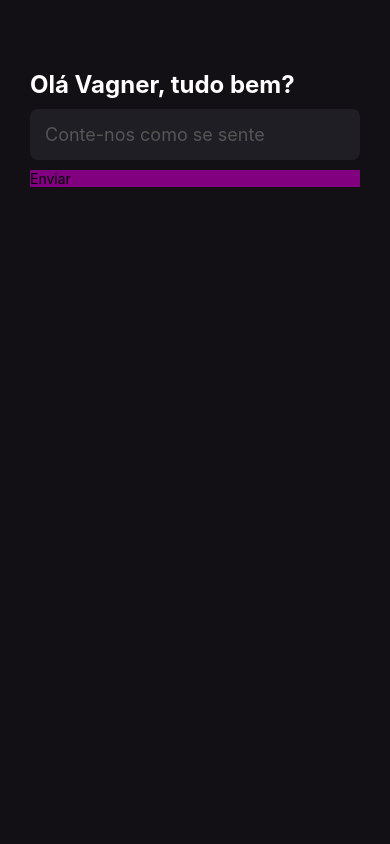
Repository: vagnereix/01-myskills-trilha-react-native
Screen: /
These files come from the project's save history. The screen is drawn as it stood at one moment and after the next save; the edit follows.
The app was drawn by React Native's web renderer in a window 390 px wide. The project was rebuilt for these pictures with package versions that can differ from the ones it lists, and the page was loaded fresh each time.

Above is the screen before, as saved 2021-06-17 17:28:31.

### App.tsx
import React from 'react';

import { Home } from './pages/home';

export default function App() {
  return (
    <Home />
  );
};

### pages/home.tsx
import React from 'react';
import {
    View,
    Text,
    StyleSheet,
    TextInput,
    Platform,
    TouchableOpacity
} from 'react-native';

export function Home() {
    return (
      <View style={styles.container}>
        <Text style={styles.title}>Olá Vagner, tudo bem?</Text>

        <TextInput
            style={styles.input}
            placeholder="Conte-nos como se sente"
            placeholderTextColor="#555"
        />

        <TouchableOpacity style={styles.touch}>
            <Text>Enviar</Text>
        </TouchableOpacity>
      </View>
    );
}

const styles = StyleSheet.create({
  container: {
    flex: 1,
    paddingHorizontal: 30,
    paddingVertical: 70,
    backgroundColor: '#121015',
  },
  title: {
    color: '#fff',
    fontWeight: 'bold',
    fontSize: 24,
    marginBottom: 10,
  },
  input: {
    borderRadius: 8,
    backgroundColor: '#1f1e25',
    fontSize: 18,
    padding: Platform.OS == 'android' ? 10 : 15,
  },
  touch: {
    backgroundColor: 'purple',
    marginTop: 10,

  }
});

After the next save:
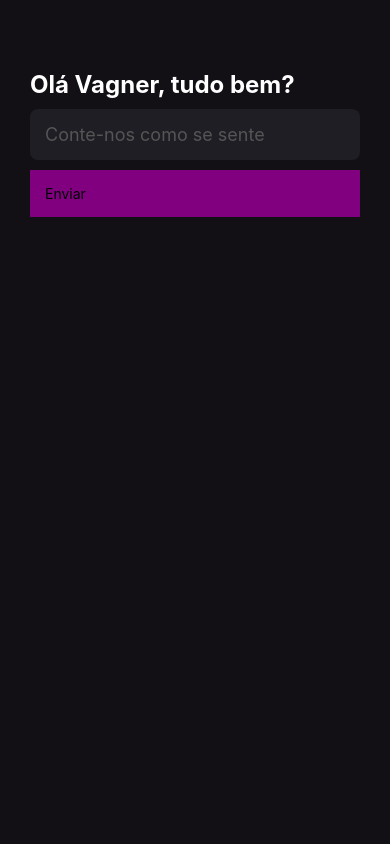
Saved 10 s later.
--- a/pages/home.tsx
+++ b/pages/home.tsx
@@ -48,6 +48,6 @@ const styles = StyleSheet.create({
   touch: {
     backgroundColor: 'purple',
     marginTop: 10,
-
+    padding: 15
   }
 });
